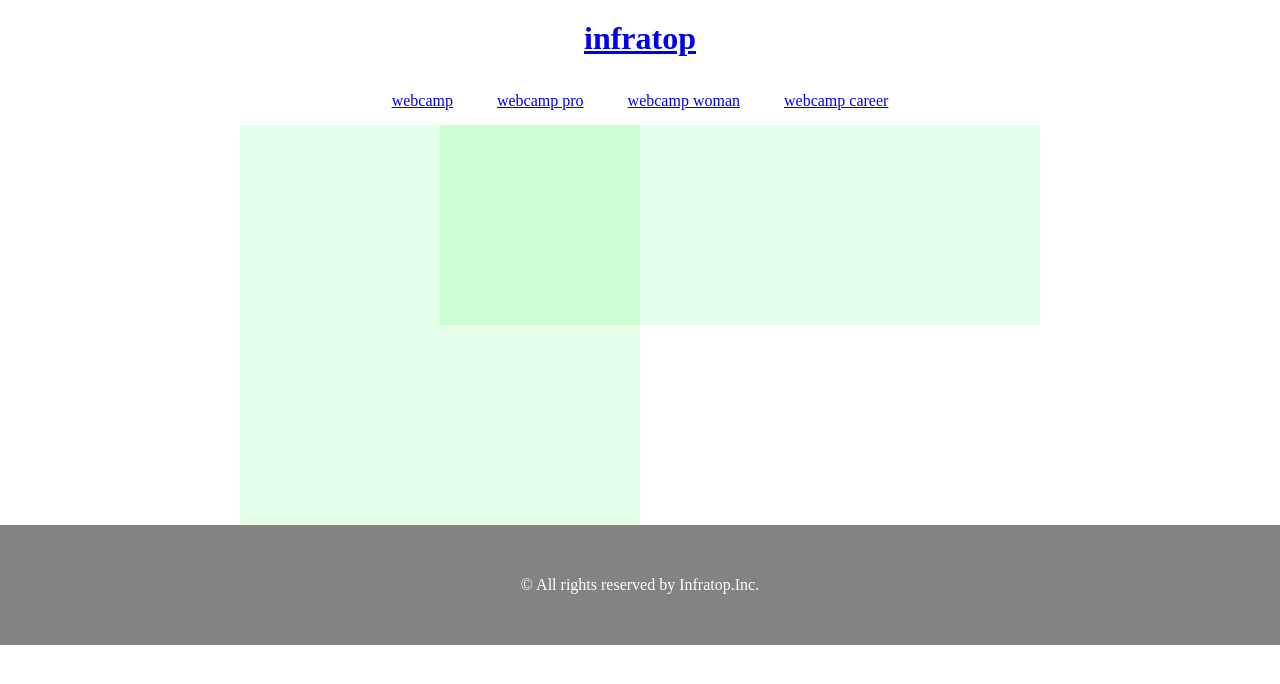
Repository: achoko3/Practice-problem
Page: chapter4/chapter4.html
The author's editor kept a record of every edit. The page is drawn from the files as they stood at one moment, then again after the next edit.
The browser window is 1280 px wide. The pictures show the whole page.

Above is the page before.

### chapter4/chapter4.html
<!DOCTYPE html>
<html lang="ja">
  <head>
    <meta charset="UTF-8" />
    <!-- CSSファイルの読み込み -->
    <link rel="stylesheet" href="chapter4.css" />
    <title>chapter4</title>
  </head>

  <body>
    <header>
      <h1><a href="http://infratop.jp/">infratop</a></h1>
    </header>
    <nav>
      <ul class="nav-list">
        <li class="nav-list-item">
         <a href="http://web-camp.io/" >webcamp</a>
        </li>
        <li class="nav-list-item">
          <a href="http://web-camp.io/pro/" >webcamp pro</a>
        </li>
        <li class="nav-list-item">
          <a href="http://web-camp.io/woman/" >webcamp woman</a>
        </li>
        <li class="nav-list-item">
          <a href="http://web-camp.io/career/" >webcamp career</a>
        </li>
      </ul>
    </nav>
    <!-- box1用のdiv -->

    <div class="main">
      <div class="box1"></div>
      <div class="box2"></div>
      <div class="box3"></div>
      <div class="box4"></div>
      <div class="box5"></div>
      <div class="box6"></div>
      <div class="box7"></div>
      <div class="box8"></div>
      <div class="box9"></div>
      <div class="box10"></div>
      <div class="box11"></div>
      <div class="box12"></div>
    </div>
    <footer>
      <p class="footer-text">© All rights reserved by Infratop.Inc.</p>
    </footer>

  </body>
</html>

### chapter4/chapter4.css
/* ブラウザがそれぞれ持っているCSSをリセットするための記述 */
*{
 margin: 0;
 padding: 0;
 box-sizing: border-box;
}

header{
  width:100%;
  padding:20px 0;
  margin:0 auto;
  text-align:center;
}


.nav-list{
  text-align:center;
  padding:15px 0;
  margin:0 auto;
}

.nav-list-item{
  list-style:none;
  display:inline-block;
  margin:0 20px;
}



.main{
  width:800px;
  display:flex;
  margin:0 auto;
  flex-wrap: wrap;
}

.box1{
  width:200px;
  height:200px;
  background-color:#e6ffe9;
}

.box2{
  width:200px;
  height:200px;
  background-color:#cbffd3;
}

.box3{
  width:200px;
  height:200px;
  background-color:#e6ffe9;
}

.box4{
  width:200px;
  height:200px;
  background-color:#e6ffe9;
}

.box5{
  width:200px;
  height:200px;
  background-color:#e6ffe9;
}

.box6{
  width:200px;
  height:200px;
  background-color:#e6ffe9;
}

footer{
  width:100%;
  height:120px;
  text-align: center;
  line-height: 120px;
  background-color: #848282;
}
.footer-text {
color: #fff;

}

After the next edit:
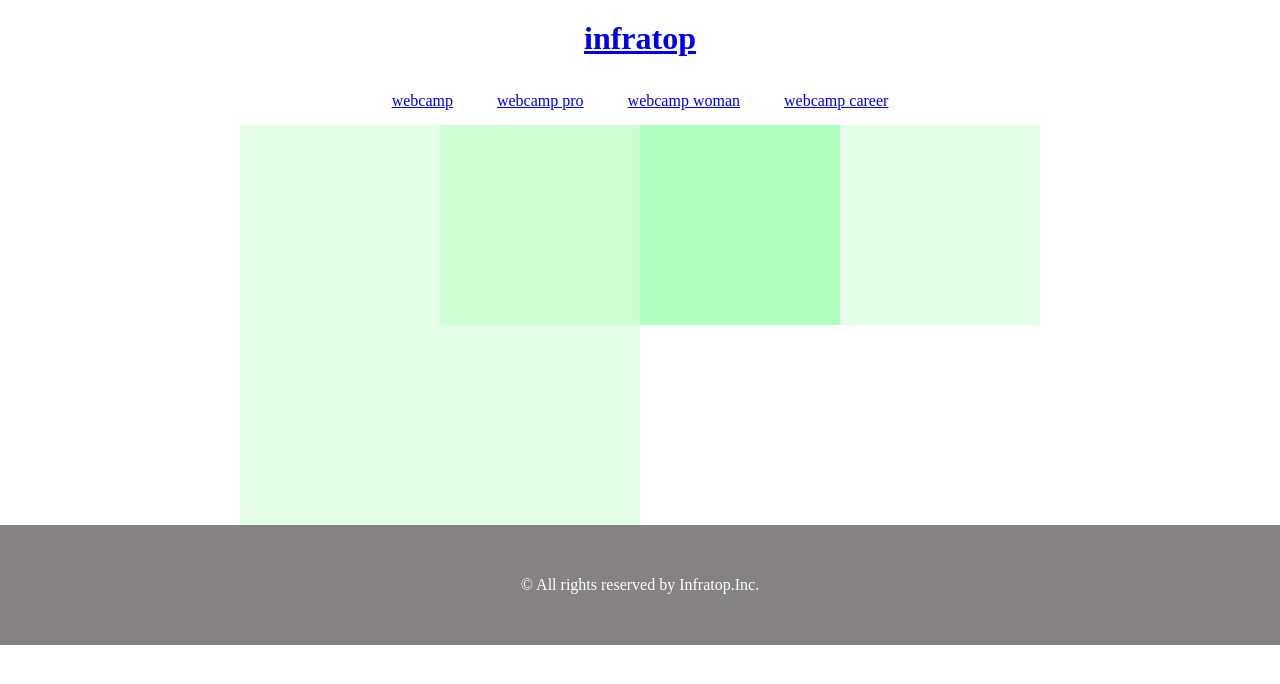
The edit:
--- a/chapter4/chapter4.css
+++ b/chapter4/chapter4.css
@@ -49,7 +49,7 @@
 .box3{
   width:200px;
   height:200px;
-  background-color:#e6ffe9;
+  background-color:#aeffbd;
 }
 
 .box4{
